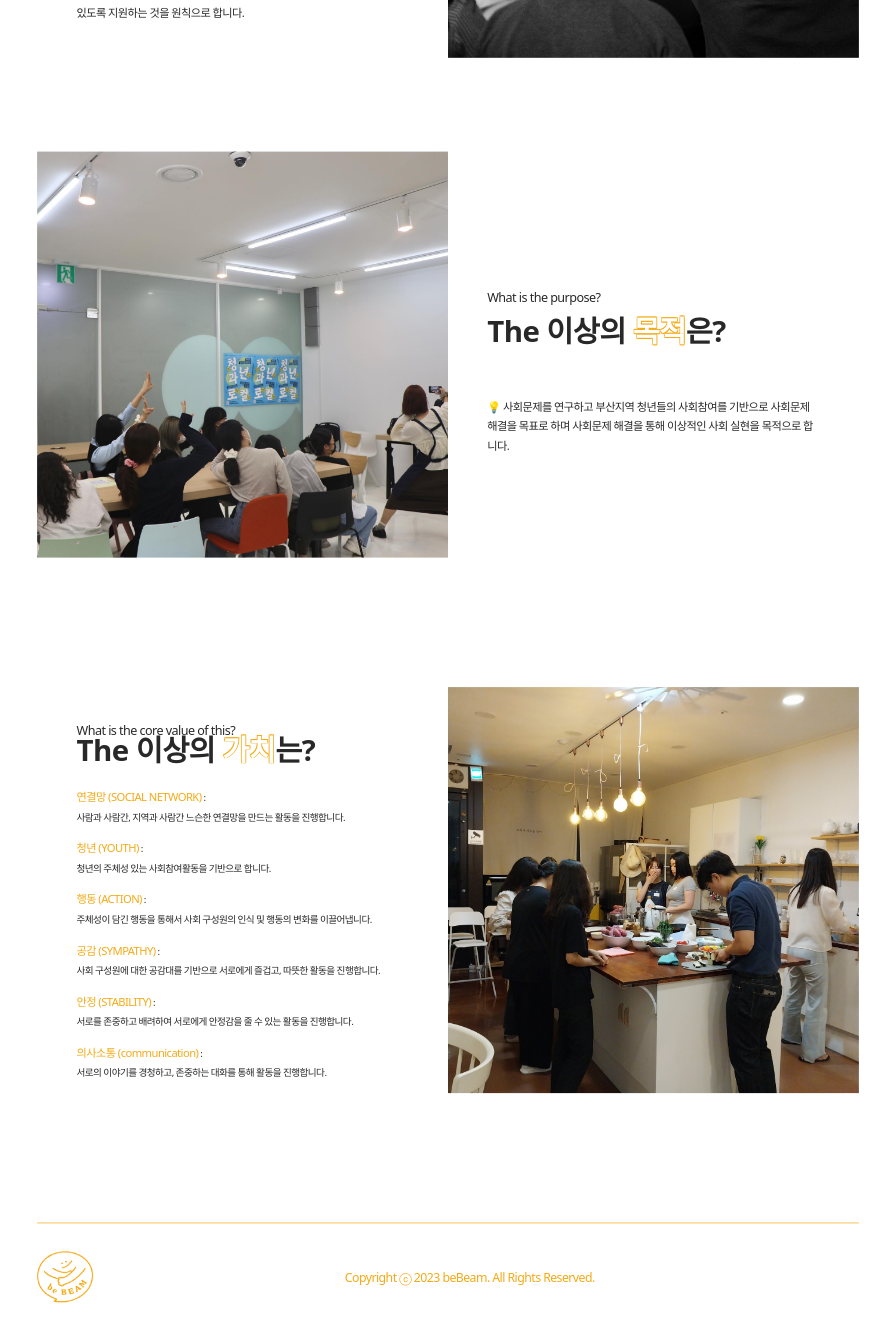
Repository: The-i-sang/BE-BEAM
Page: / (app in front/)
The author's editor kept a copy of each file at every save. The page is drawn from the files as they stood at one save, then again after the next save.
The browser window is 1280 px wide. The pictures show the part of the page from y = 2482 to 4402 px (the page is 4382 px tall before and 4402 px after), at 70% of full size.
Backgrounds fixed to the window are drawn as part of the page. The project was rebuilt for these pictures with package versions that can differ from the ones it lists, and the page was loaded fresh each time. Also part of the build but not shown: front/src/page/NotFoundPage.jsx, front/src/component/NextArrow.jsx, front/src/component/PrevArrow.jsx, front/src/component/DetailSlider.jsx, front/src/page/Detail.jsx, front/src/component/ToolkitCard.jsx, front/src/component/SlideToolkitCard.jsx, front/src/component/BestToolkitSlider.jsx and 6 more. Imported but missing from the stored project, and not drawn on this page: front/src/config.

Above is the page before, as saved 2023-10-13 01:25:20.

After the next save:
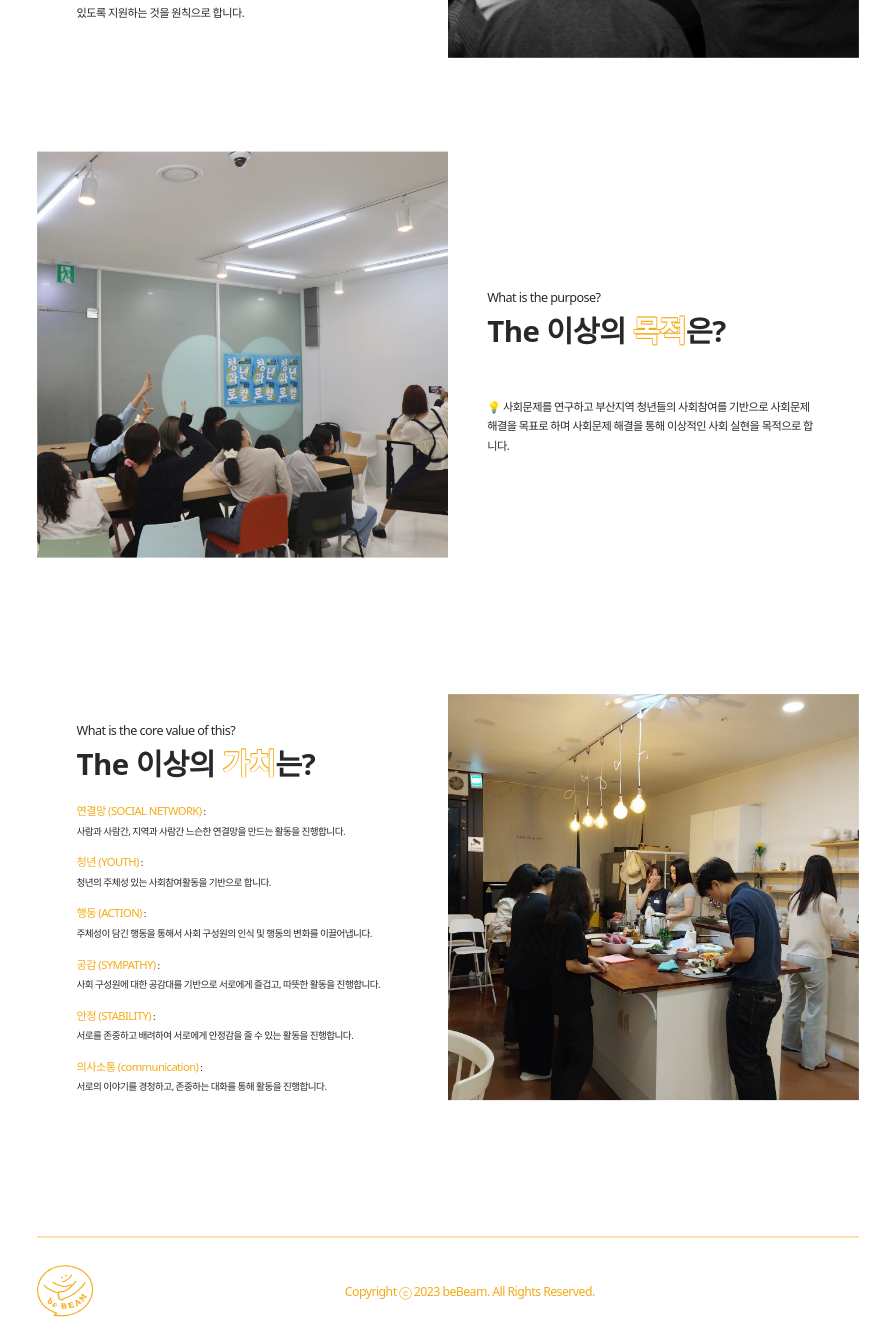
Saved 10 s later.
--- a/front/src/page/Main.jsx
+++ b/front/src/page/Main.jsx
@@ -137,7 +137,7 @@ export default function Main() {
               <p className="mt-[48px] text-[1.125rem] font-medium">
                 What is the core value of this?
               </p>
-              <h1 className="mb-10 text-[2.625rem] font-semibold">
+              <h1 className="mt-5 mb-10 text-[2.625rem] font-semibold">
                 The 이상의 <span className="text-white text-stroke">가치</span>
                 는?
               </h1>
